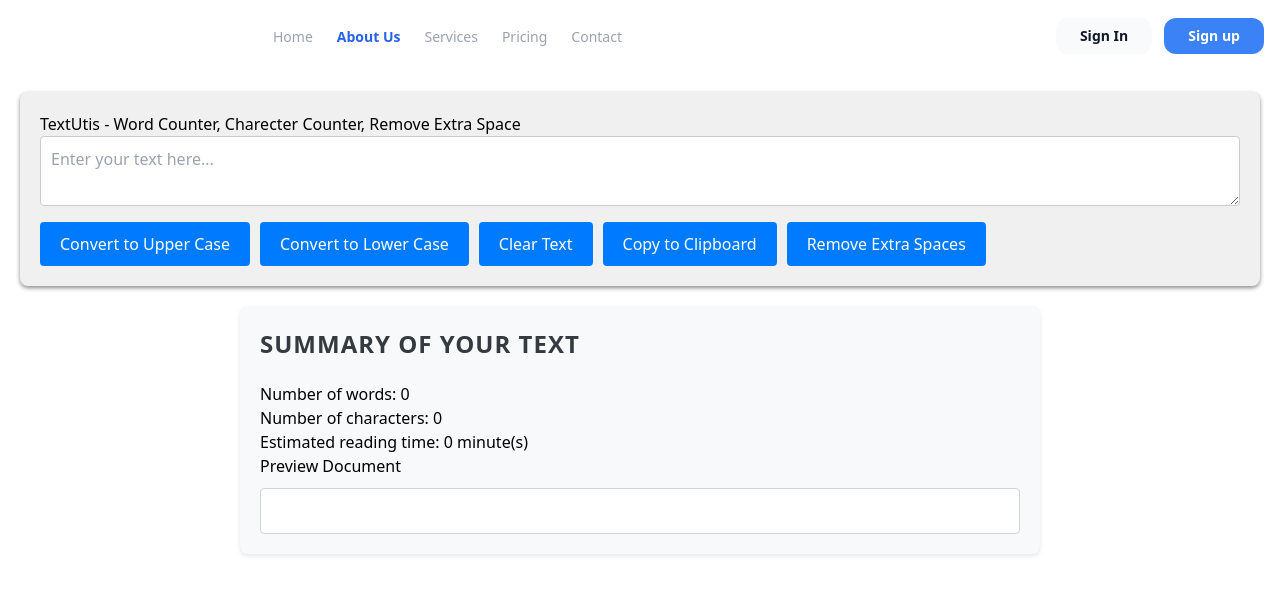
Repository: sriram1224/Text-converter
Page: /contact
These files come from the project's save history. The page is drawn as it stood at one moment and after the next save; the edit follows.
The browser window is 1280 px wide. The pictures show the whole page.
The project was rebuilt for these pictures with package versions that can differ from the ones it lists, and the page was loaded fresh each time. Also part of the build but not shown: src/App.css.

Above is the page before, as saved 2024-03-25 03:20:10.

### src/App.js
import Home from './Home';
import './App.css';
import Navbar from './Navbar';

function App() {
  return (
    <div className="App">
      <Navbar />
      <Home />
    </div>
  );
}

export default App;

### src/Home.jsx
import React, { useState } from 'react';
import './Home.css';

function InputComponent({ onTextChange }) {
  const [text, setText] = useState('');

  const handleInputChange = (event) => {
    setText(event.target.value);
    onTextChange(event.target.value);
  };

  const convertToUpperCase = () => {
    const upperCaseText = text.toUpperCase();
    setText(upperCaseText);
    onTextChange(upperCaseText);
  };

  const convertToLowerCase = () => {
    const lowerCaseText = text.toLowerCase();
    setText(lowerCaseText);
    onTextChange(lowerCaseText);
  };

  const clearText = () => {
    setText('');
    onTextChange('');
  };

  const copyToClipboard = () => {
    navigator.clipboard.writeText(text);
  };

  const removeExtraSpaces = () => {
    const trimmedText = text.replace(/\s+/g, ' ').trim();
    setText(trimmedText);
    onTextChange(trimmedText);
  };

  return (
      <div className="input-container">
          <h1>TextUtis - Word Counter, Charecter Counter, Remove Extra Space</h1>
      <textarea
        type="text"
        value={text}
        onChange={handleInputChange}
        className="input-field"
        placeholder="Enter your text here..."
      />
      <button onClick={convertToUpperCase} className="btn">Convert to Upper Case</button>
      <button onClick={convertToLowerCase} className="btn">Convert to Lower Case</button>
      <button onClick={clearText} className="btn">Clear Text</button>
      <button onClick={copyToClipboard} className="btn">Copy to Clipboard</button>
      <button onClick={removeExtraSpaces} className="btn">Remove Extra Spaces</button>
    </div>
  );
}

function TextSummary({ text }) {
  const wordCount = text.split(/\s+/).filter((word) => word).length;
  const characterCount = text.length;
  const readingTime = Math.round(wordCount / 200); // assuming an average reading speed of 200 words per minute

  return (
    <div className="summary-container">
      <h1 className="summary-heading">Summary of Your Text</h1>
      <p>Number of words: {wordCount}</p>
      <p>Number of characters: {characterCount}</p>
      <p>Estimated reading time: {readingTime} minute(s)</p>
      <h2>Preview Document</h2>
      <input className="preview-text" value={text} readOnly />
    </div>
  );
}

function Home() {
  const [text, setText] = useState('');

  const handleTextChange = (newText) => {
    setText(newText);
  };

  return (
    <div className="container">
      <InputComponent onTextChange={handleTextChange} />
      <TextSummary text={text} />
    </div>
  );
}

export default Home;

### src/Navbar.jsx
import React, { useState } from 'react';

function Navbar() {
  const [isMenuOpen, setIsMenuOpen] = useState(false);

  const toggleMenu = () => {
    setIsMenuOpen(!isMenuOpen);
  };

  return (
    <nav className="relative px-4 py-4 flex justify-between items-center bg-white">
      <a className="text-3xl font-bold leading-none" href="#">
        <svg className="h-10" alt="logo" viewBox="0 0 10240 10240">
          {/* SVG Path */}
        </svg>
      </a>
      <div className="lg:hidden">
        <button className="navbar-burger flex items-center text-blue-600 p-3" onClick={toggleMenu}>
          <svg className="block h-4 w-4 fill-current" viewBox="0 0 20 20" xmlns="http://www.w3.org/2000/svg">
            <title>Mobile menu</title>
            <path d="M0 3h20v2H0V3zm0 6h20v2H0V9zm0 6h20v2H0v-2z"></path>
          </svg>
        </button>
      </div>
      <ul className={`lg:flex lg:mx-auto lg:flex lg:items-center lg:w-auto lg:space-x-6 ${isMenuOpen ? '' : 'hidden'}`}>
        <li><a className="text-sm text-gray-400 hover:text-gray-500" href="#">Home</a></li>
        <li><a className="text-sm text-blue-600 font-bold" href="#">About Us</a></li>
        <li><a className="text-sm text-gray-400 hover:text-gray-500" href="#">Services</a></li>
        <li><a className="text-sm text-gray-400 hover:text-gray-500" href="#">Pricing</a></li>
        <li><a className="text-sm text-gray-400 hover:text-gray-500" href="#">Contact</a></li>
      </ul>
      <a className="hidden lg:inline-block lg:ml-auto lg:mr-3 py-2 px-6 bg-gray-50 hover:bg-gray-100 text-sm text-gray-900 font-bold rounded-xl transition duration-200" href="#">Sign In</a>
      <a className="hidden lg:inline-block py-2 px-6 bg-blue-500 hover:bg-blue-600 text-sm text-white font-bold rounded-xl transition duration-200" href="#">Sign up</a>
      {isMenuOpen && <div className="navbar-backdrop fixed inset-0 bg-gray-800 opacity-25" onClick={toggleMenu}></div>}
    </nav>
  );
}

export default Navbar;

### src/Home.css
.container {
    margin: auto;
    padding: 20px;
}

.input-container {

    margin: auto;
    background-color: #f0f0f0;
    padding: 20px;
    border-radius: 8px;
    box-shadow: 0 2px 4px rgba(0, 0, 0, 0.46);
}

.input-field {
    width: 100%;
    padding: 10px;
    margin-bottom: 10px;
    border: 1px solid #ccc;
    border-radius: 4px;
    outline: none;
}

.btn {
    padding: 10px 20px;
    margin-right: 10px;
    background-color: #007bff;
    color: white;
    border: none;
    border-radius: 4px;
    cursor: pointer;
    outline: none;
}

.btn:hover {
    background-color: #0056b3;
}

.summary-container {
    margin: 20px auto;
    padding: 20px;
    background-color: #f8f9fa;
    border-radius: 8px;
    box-shadow: 0 2px 4px rgba(0, 0, 0, 0.1);
    max-width: 800px;
    transition: all 0.3s ease;
}

.summary-container:hover {
    box-shadow: 0 5px 15px rgba(0, 0, 0, 0.2);
}

.summary-heading {
    font-size: 24px;
    font-weight: bold;
    margin-bottom: 20px;
    color: #343a40;
    text-transform: uppercase;
    letter-spacing: 1px;
}

.preview-text {
    margin-top: 10px;
    padding: 10px;
    border: 1px solid #ced4da;
    border-radius: 4px;
    width: 100%;
    box-sizing: border-box;
    font-size: 16px;
    color: #495057;
    background-color: #ffffff;
    transition: all 0.3s ease;
}

.preview-text:focus {
    border-color: #495057;
    box-shadow: 0 0 0 0.2rem rgba(73, 80, 87, 0.25);
}

### tailwind.config.js
const path = require('path');

module.exports = {
  content: [
    './src/**/*.{html,jsx}',
  ],
  theme: {
    extend: {},
  },
  plugins: [],
};

Loaded but not shown: public/index.html (common file); src/index.js (common file); src/index.css (common file); src/reportWebVitals.js (common file)

After the next save:
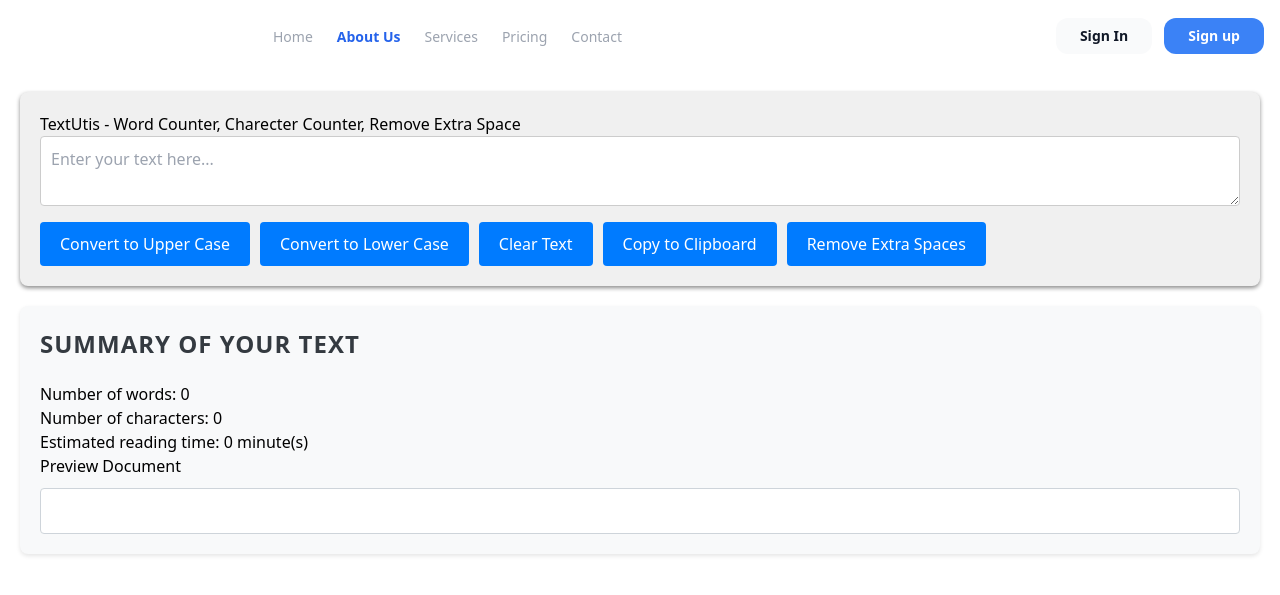
Saved 49 s later.
--- a/src/Home.css
+++ b/src/Home.css
@@ -42,7 +42,7 @@
     background-color: #f8f9fa;
     border-radius: 8px;
     box-shadow: 0 2px 4px rgba(0, 0, 0, 0.1);
-    max-width: 800px;
+
     transition: all 0.3s ease;
 }
 
